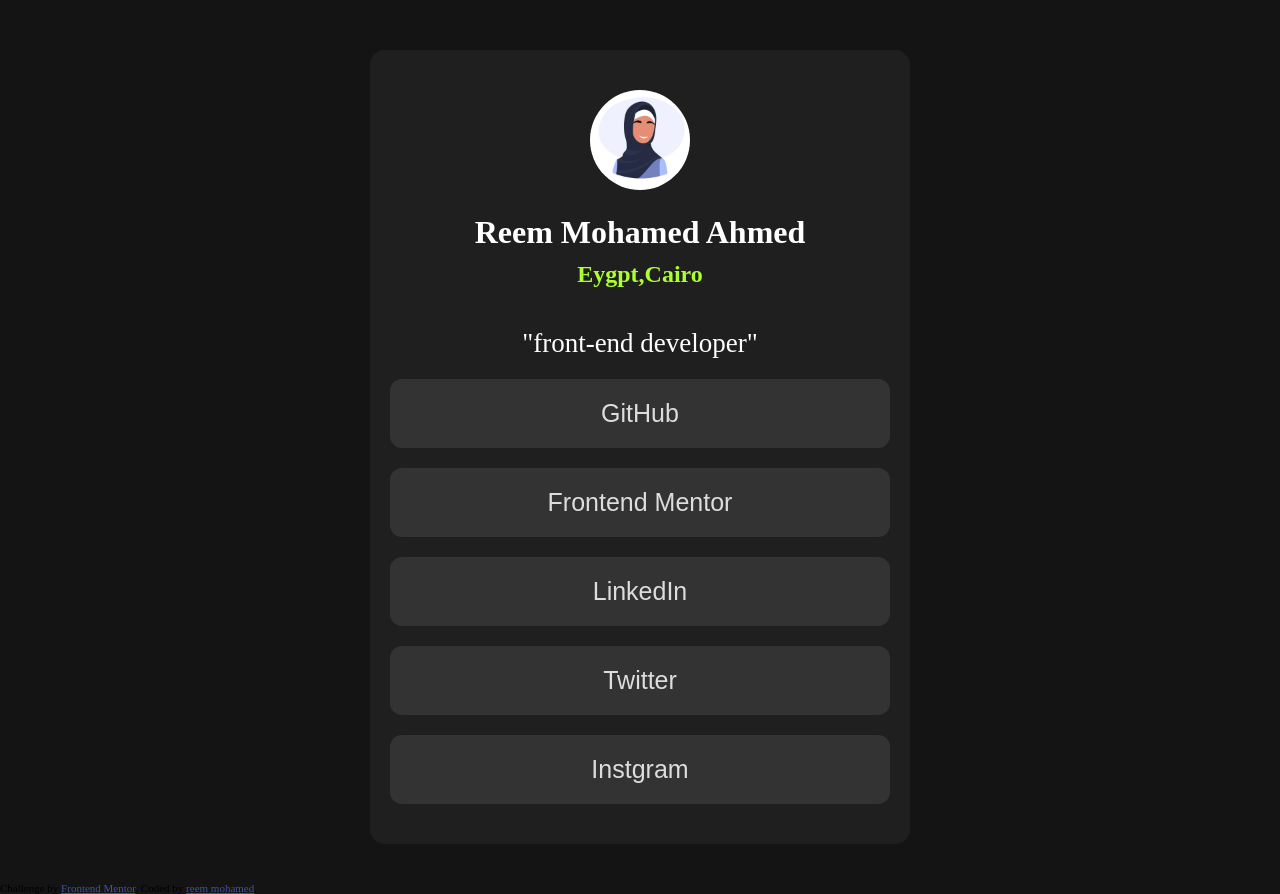
Repository: reemoon-ctrl/social_links_profile_main
Page: index.html
An editor plug-in stored every save of this project. The page is shown before and after a run of saves, followed by the edit.
The browser window is 1280 px wide. The pictures show the whole page.

Above is the page before, as saved 2024-07-23 10:42:28.

### index.html
<!DOCTYPE html>
<html lang="en">
<head>
  <meta charset="UTF-8">
  <meta name="viewport" content="width=device-width, initial-scale=1.0"> <!-- displays site properly based on user's device -->

  <link rel="icon" type="image/png" sizes="32x32" href="./assets/images/favicon-32x32.png">

  <title>Frontend Mentor | Social links profile</title>

  <!-- Feel free to remove these styles or customise in your own stylesheet 👍 -->
  <style>
    .attribution { font-size: 11px; text-align: center; }
    .attribution a { color: hsl(228, 45%, 44%); }
  </style>
  <link rel="stylesheet" href="index.css"/>
</head>
<body>
  <main>
    <div class="position-container">
      <div class="container">
      <div class="head-container">
      <img src="/depositphotos_668859444-stock-illustration-arab-woman-face-covered-hijab.jpg" alt="person-img">
      <h1>Reem Mohamed Ahmed</h1>
      <h2>Eygpt,Cairo</h2>
      <p>"front-end developer"</p>
      </div>
      <div class="form-container">
      <button>GitHub</button>
      <button>Frontend Mentor</button>
      <button>LinkedIn</button>
      <button>Twitter</button>
      <button>Instgram</button>
      </div>
    </div>
    </div>
 </main>
 <footer>
    <div class="attribution">
      Challenge by <a href="https://www.frontendmentor.io?ref=challenge" target="_blank">Frontend Mentor</a>.
      Coded by <a href="https://www.frontendmentor.io/reemoon-ctrl">reem mohamed</a>.
    </div>
 </footer>
</body>
</html>

### index.css
*{
    box-sizing: border-box;
    margin:0px;
    padding: 0px;
}

body{
    position: relative;

    min-height: 100vh;
    background: hsl(0, 0%, 8%);

}
.position-container{
    display: flex;
    flex-direction: column;
    /* border:1px solid #ddd; */
    margin :auto;
    width: 50%;
    padding:50px;
    min-height:100vh;
    align-items: center;
    justify-content: center;
    text-align: center;
    background:hsl(0, 0%, 8%);
}
.container{
    height:max-content;
    background: #1f1f1f;
    border-radius: 15px;
    padding: 40px 20px;
}

.form-container button{
    font-size: 25px;
    width:100%;
    padding:20px;
    border:0px;
}
img{
    width: 100px;
    height: 100px;
    border-radius:70px ;
    margin-bottom: 20px;
}
h1{
    margin-bottom: 10px;
    color:#fff;
}
h2{
    margin-bottom: 40px;
    color:greenyellow;
}
p{
    font-size: 27px;
    color:#fff;
}
button{
    margin-top: 20px;
    border-radius:12px;
    background: hsl(0, 0%, 20%);
    color:#ddd;
    cursor: pointer;

}
button:hover{
    background: greenyellow;
    color:#1f1f1f;
}
footer{
    position: absolute;
    bottom: 0px;
    margin: auto;
}

After the next 5 saves:
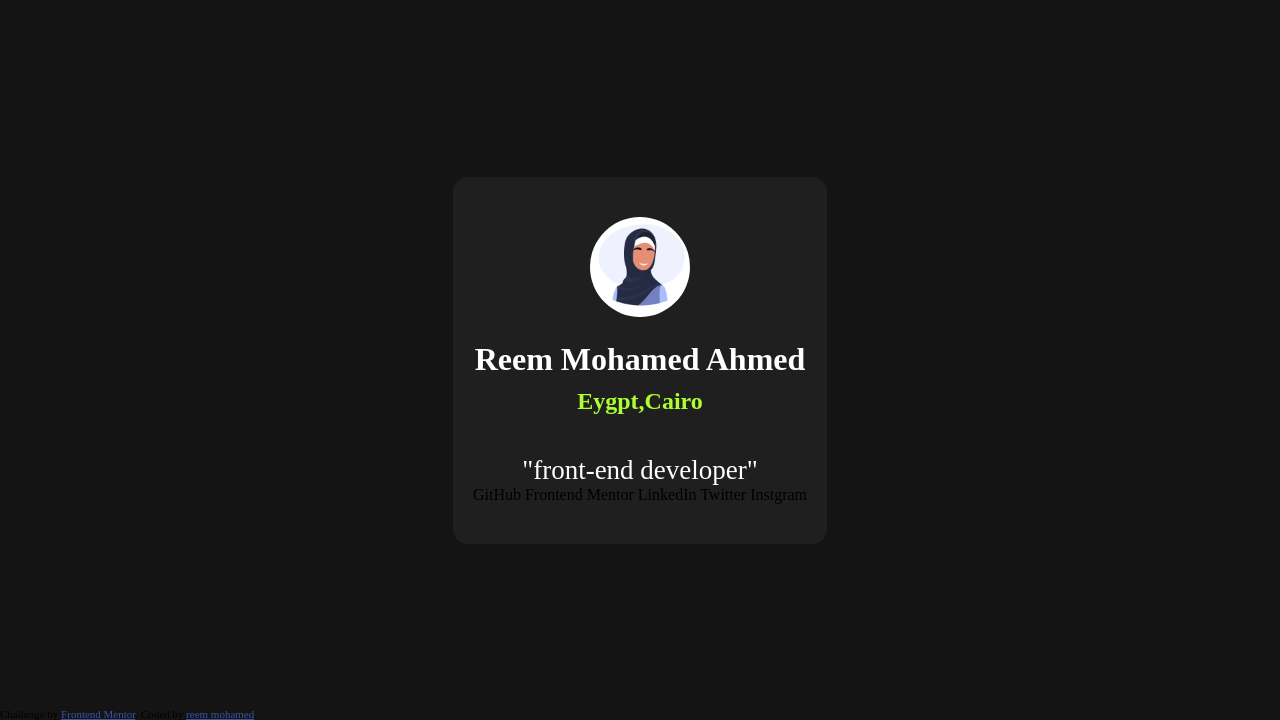
The 5 saves are shown as one change because they came seconds apart.
The last was saved 3 min 33 s later.
--- a/index.html
+++ b/index.html
@@ -26,11 +26,11 @@
       <p>"front-end developer"</p>
       </div>
       <div class="form-container">
-      <button>GitHub</button>
-      <button>Frontend Mentor</button>
-      <button>LinkedIn</button>
-      <button>Twitter</button>
-      <button>Instgram</button>
+      <a>GitHub</a>
+      <a>Frontend Mentor</a>
+      <a>LinkedIn</a>
+      <a>Twitter</a>
+      <a>Instgram</a>
       </div>
     </div>
     </div>
